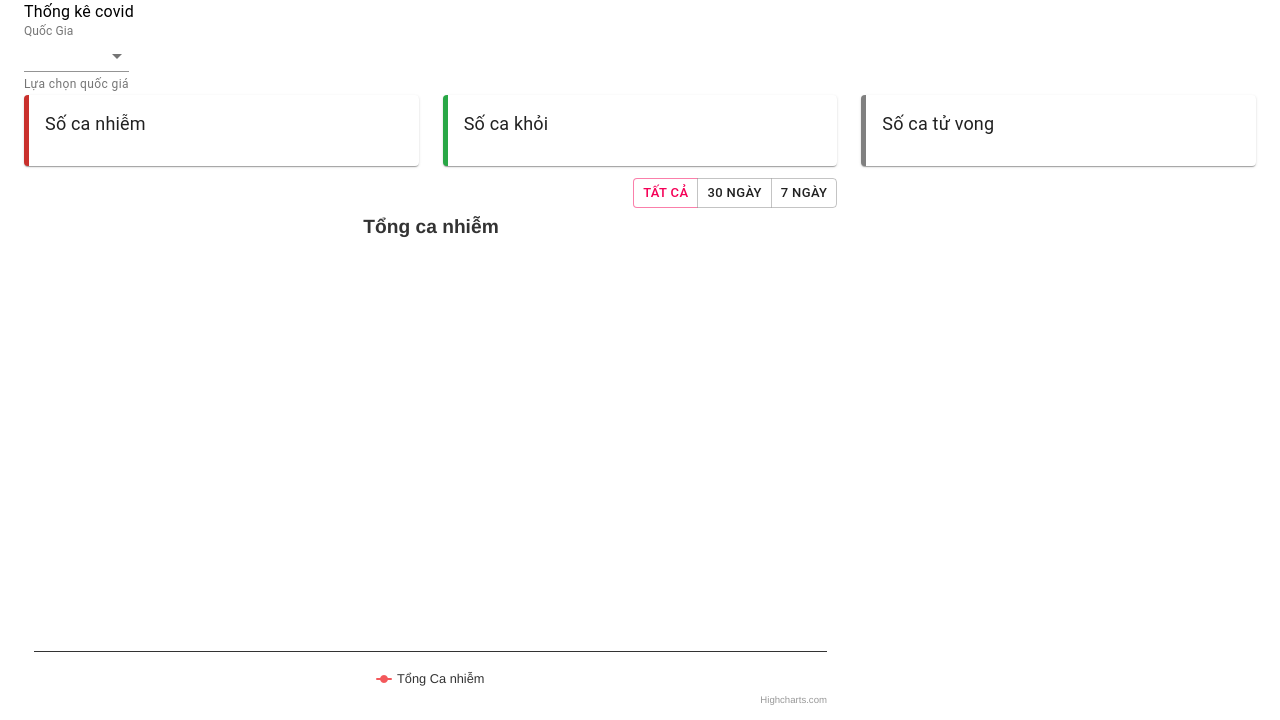
Repository: nguy3nds/covid-app
Page: /
The author's editor kept a copy of each file at every save. The page is drawn from the files as they stood at one save, then again after the next save.
The browser window is 1280 px wide. The pictures show the whole page.
The page's requests for data from a server got no answer. The project was rebuilt for these pictures with package versions that can differ from the ones it lists, and the page was loaded fresh each time. No one was signed in, and anything a server would have sent is missing. Also part of the build but not shown: src/components/Charts/HighMaps/index.js.

Above is the page before, as saved 2021-10-08 05:04:53.

### src/App.js
import { useEffect, useState } from "react";
import { getCountries } from "./apis";
import CountrySelector from "./components/CountrySelector";
import Highlight from "./components/Highlight";
import Summary from "./components/Summary";
import { getReportByCountry } from "./apis";
import { Container, Typography } from "@material-ui/core";

function App() {
  const [countries, setCountries] = useState([]);
  const [selectedCountryId, setSelectedCountryId] = useState("");
  const [report, setReport] = useState([]);

  useEffect(() => {
    getCountries().then((res) => {
      setCountries(res.data);
    });
    setSelectedCountryId("vn");
  }, []);

  useEffect(() => {
    const country = countries.find(
      (country) => country.ISO2.toLowerCase() === selectedCountryId
    );
    if (country) {
      getReportByCountry(country.Slug).then((res) => {
        // xoa di gia tri cuoi cung
        res.data.pop();
        setReport(res.data);
      });
    }
  }, [selectedCountryId, countries]);

  const handleOnChange = (e) => {
    setSelectedCountryId(e.target.value);
  };

  return (
    <Container>
      <Typography component="h1">Thống kê covid</Typography>
      <CountrySelector
        countries={countries}
        handleOnChange={handleOnChange}
        value={selectedCountryId}
      />
      <Highlight report={report} />
      <Summary countryId={selectedCountryId} report={report} />
    </Container>
  );
}

export default App;

### src/apis/index.js
import axios from "axios";

export const getCountries = () => {
  return axios.get("https://api.covid19api.com/countries");
};

export const getReportByCountry = (country) => {
  return axios.get(`https://api.covid19api.com/dayone/country/${country}`);
};

export const getMapDataByCountryId = (countryId) =>
  import(
    `@highcharts/map-collection/countries/${countryId}/${countryId}-all.geo.json`
  );

### src/components/CountrySelector/index.js
import {
  FormControl,
  InputLabel,
  NativeSelect,
  FormHelperText,
} from "@material-ui/core";
import React from "react";

export default function CountrySelector({ value, handleOnChange, countries }) {
  return (
    <FormControl>
      <InputLabel htmlFor="" shrink>
        Quốc Gia
      </InputLabel>
      <NativeSelect
        value={value}
        onChange={handleOnChange}
        inputProps={{ name: "country", id: "country-selector" }}
      >
        {countries.map((country) => {
          return (
            <option value={country.ISO2.toLowerCase()}>
              {country.Country}
            </option>
          );
        })}
      </NativeSelect>
      <FormHelperText>Lựa chọn quốc giá</FormHelperText>
    </FormControl>
  );
}

### src/components/Highlight/index.js
import React from "react";
import { Grid, Card, CardContent, Typography } from "@material-ui/core";
import HighlightCard from "./HighlightCard";

export default function Highlight({ report }) {
  const data = report.length ? report[report.length - 1] : [];
  console.log("data", data);

  let summary = [
    {
      title: "Số ca nhiễm",
      count: data.Confirmed,
      type: "confirmed",
    },
    {
      title: "Số ca khỏi",
      count: data.Recovered,
      type: "recovered",
    },
    {
      title: "Số ca tử vong",
      count: data.Deaths,
      type: "deaths",
    },
  ];

  return (
    <Grid container spacing={3}>
      {summary.map((item) => (
        <HighlightCard title={item.title} count={item.count} type={item.type} />
      ))}
    </Grid>
  );
}

### src/components/Summary/index.js
import React, { useEffect, useState } from "react";
import { Grid } from "@material-ui/core";
import LineChart from "../Charts/LineChart";
import HighMaps from "../Charts/HighMaps";
import { getMapDataByCountryId } from "../../apis/index";

export default function Summary({ countryId, report }) {
  const [mapData, setMapData] = useState({});

  useEffect(() => {
    if (countryId) {
      getMapDataByCountryId(countryId)
        .then((res) => {
          setMapData(res);
        })
        .catch((err) => console.log({ err }));
    }
  }, [countryId]);

  return (
    <Grid container spacing={3}>
      <Grid item sm={8} xs={12}>
        <LineChart data={report}></LineChart>
      </Grid>
      <Grid item sm={4} xs={12}>
        <HighMaps mapData={mapData} />
      </Grid>
    </Grid>
  );
}

### src/components/Highlight/HighlightCard.js
import React from "react";
import {
  Card,
  CardContent,
  Typography,
  makeStyles,
  Grid,
} from "@material-ui/core";

const useStyle = makeStyles({
  wrapper: (props) => {
    if (props.type === "confirmed") return { borderLeft: "5px solid #c9302c" };
    if (props.type === "recovered") return { borderLeft: "5px solid #28a745" };
    else return { borderLeft: "5px solid gray" };
  },
  title: {
    fontSize: 18,
    marginBottom: 5,
  },
  count: {
    fontWeight: "bold",
    fontSize: 18,
  },
});

export default function HighlightCard({ title, count, type }) {
  const style = useStyle({ type });

  return (
    <Grid item sm={4} xs={12}>
      <Card className={style.wrapper}>
        <CardContent>
          <Typography component="p" variant="body2" className={style.title}>
            {title}
          </Typography>
          <Typography component="span" variant="body2" className={style.count}>
            {count}
          </Typography>
        </CardContent>
      </Card>
    </Grid>
  );
}

### src/components/Charts/LineChart/index.js
// import React, { useEffect, useState } from "react";
// import Highcharts from "highcharts";
// import HighchartsReact from "highcharts-react-official";
// import moment from "moment";
// import { Button, ButtonGroup } from "@material-ui/core";

// const generateOption = (data) => {
//   const categories = [];
//   return {
//     chart: {
//       height: 500,
//     },
//     title: {
//       text: "Tổng ca nhiễm",
//     },
//     xAixis: {
//       categories: categories,
//       crosshair: true,
//     },
//     color: ["#F35858"],
//     yAxis: {
//       min: 0,
//       title: {
//         text: null,
//       },
//     },
//     tooltip: {
//       headerFormat: '<span style="font-size:10px">{point.key}</span>',
//       pointFormat:
//         '<tr><td td style="color:{series.color};padding:0" > { series.name }: </td>' +
//         '<td style="padding:0"><b>{point.y} ca</b></td></tr> ',
//       footerFormat: "</table>",
//       shared: true,
//       useHTML: true,
//     },
//     plotOptions: {
//       column: {
//         pointPadding: 0.2,
//         borderWidth: 0,
//       },
//     },
//     series: [
//       {
//         name: "Tổng ca nhiễm",
//         data: data.map((item) => item.Confimed),
//       },
//     ],
//   };
// };

// export default function LineChart({ data }) {
//   const [options, setOptions] = useState({});

//   useEffect(() => {
//     setOptions(generateOption(data));
//   }, [data]);

//   return <HighchartsReact highcharts={Highcharts} options={options} />;
// }

import React, { useEffect, useState } from "react";
import Highcharts from "highcharts";
import HighchartsReact from "highcharts-react-official";
import moment from "moment";
import { Button, ButtonGroup } from "@material-ui/core";

const generateOptions = (data) => {
  const categories = data.map((item) => moment(item.Date).format("DD/MM/YYYY"));

  return {
    chart: {
      height: 500,
    },
    title: {
      text: "Tổng ca nhiễm",
    },
    xAxis: {
      categories: categories,
      crosshair: true,
    },
    colors: ["#F3585B"],
    yAxis: {
      min: 0,
      title: {
        text: null,
      },
      labels: {
        align: "right",
      },
    },
    tooltip: {
      headerFormat: '<span style="font-size:10px">{point.key}</span><table>',
      pointFormat:
        '<tr><td style="color:{series.color};padding:0">{series.name}: </td>' +
        '<td style="padding:0"><b>{point.y} ca</b></td></tr>',
      footerFormat: "</table>",
      shared: true,
      useHTML: true,
    },
    plotOptions: {
      column: {
        pointPadding: 0.2,
        borderWidth: 0,
      },
    },
    series: [
      {
        name: "Tổng Ca nhiễm",
        data: data.map((item) => item.Confirmed),
      },
    ],
  };
};

export default function LineChart({ data }) {
  const [options, setOptions] = useState({});
  const [reportType, setReportType] = useState("all");
  console.log({ data });

  useEffect(() => {
    let customData = [];
    switch (reportType) {
      case "all":
        customData = data;
        break;
      case "30":
        customData = data.slice(Math.max(data.length - 30, 1));
        break;
      case "7":
        customData = data.slice(Math.max(data.length - 7, 1));
        break;

      default:
        customData = data;
        break;
    }

    setOptions(generateOptions(customData));
  }, [data, reportType]);

  return (
    <>
      <ButtonGroup
        size="small"
        aria-label="small outlined button group"
        style={{
          display: "flex",
          justifyContent: "flex-end",
        }}
      >
        <Button
          color={reportType === "all" ? "secondary" : ""}
          onClick={() => setReportType("all")}
        >
          Tất cả
        </Button>
        <Button
          color={reportType === "30" ? "secondary" : ""}
          onClick={() => setReportType("30")}
        >
          30 ngày
        </Button>
        <Button
          color={reportType === "7" ? "secondary" : ""}
          onClick={() => setReportType("7")}
        >
          7 ngày
        </Button>
      </ButtonGroup>
      <HighchartsReact highcharts={Highcharts} options={options} />
    </>
  );
}

Loaded but not shown: public/index.html (common file); src/index.js (common file); src/index.css (common file)

After the next save:
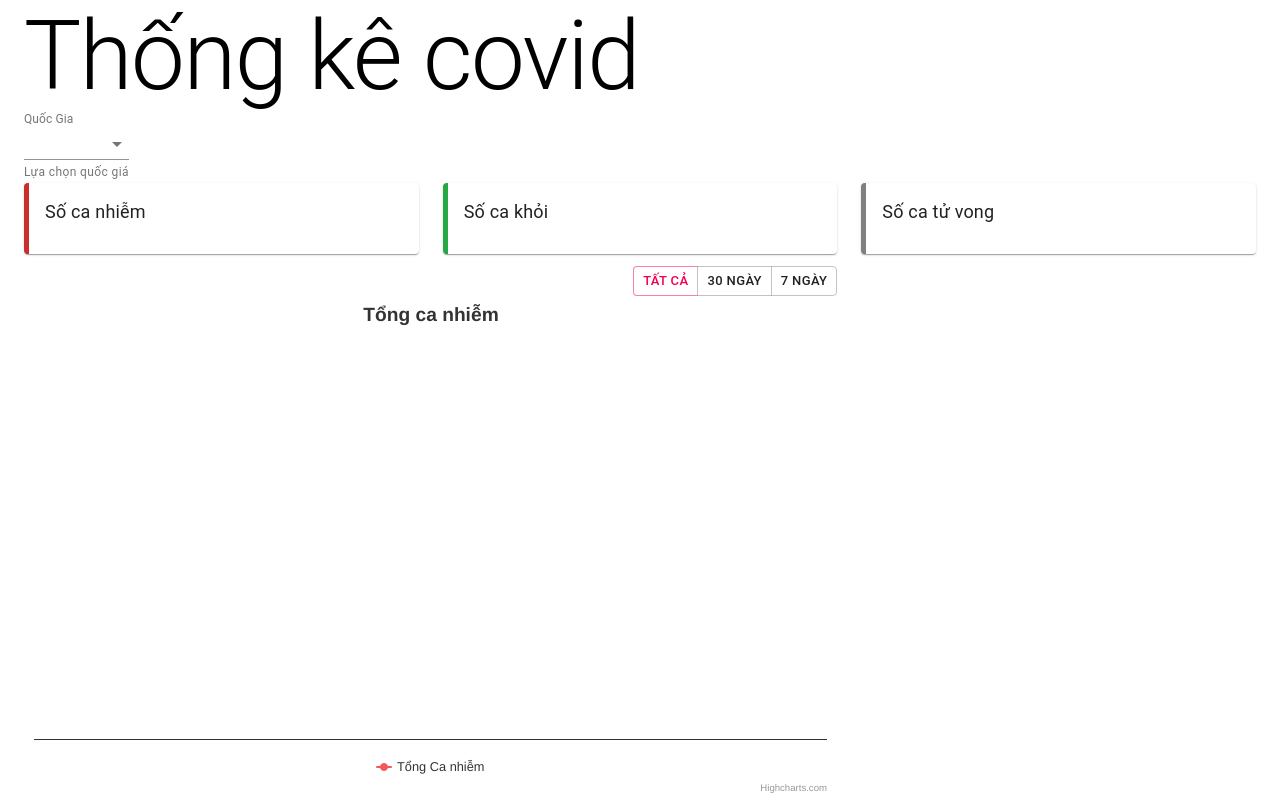
Saved 36 s later.
--- a/src/App.js
+++ b/src/App.js
@@ -37,7 +37,9 @@ function App() {
 
   return (
     <Container>
-      <Typography component="h1">Thống kê covid</Typography>
+      <Typography component="h1" variant="h1">
+        Thống kê covid
+      </Typography>
       <CountrySelector
         countries={countries}
         handleOnChange={handleOnChange}
